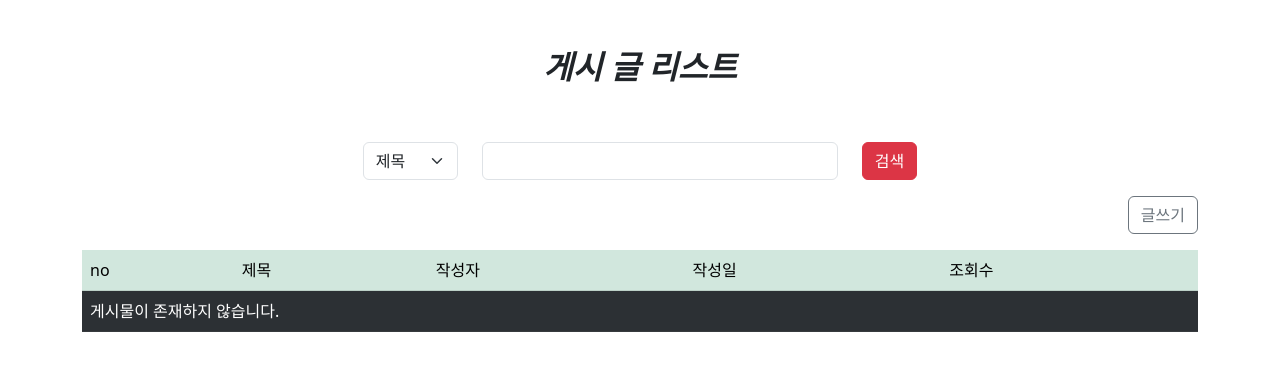
Repository: lopanghub/git_study
Page: http://localhost/JSPPracticech06/WEB-INF/board/boardList.jsp
An editor plug-in stored every save of this project. The page is shown before and after the next save, followed by the edit.
The browser window is 1280 px wide. The pictures show the whole page.
The page is served by Tomcat 9. Nobody is signed in. Other server files are loaded and not shown. The template is opened directly, without the code that normally fills it, so the values that code supplies are empty.

Above is the page before, as saved 2024-04-09 07:26:31.

### JSPStudy/JSPPracticech06/src/main/webapp/WEB-INF/board/boardList.jsp
<%@page import="java.util.ArrayList"%>
<%@page import="com.jsppractice.ch06.vo.Board"%>
<%@page import="java.util.List"%>
<%@page import="java.sql.ResultSet"%>
<%@page import="java.sql.PreparedStatement"%>
<%@page import="java.sql.DriverManager"%>
<%@page import="java.sql.Connection"%>
<%@ page language="java" contentType="text/html; charset=UTF-8"
	pageEncoding="UTF-8"%>
<%@taglib prefix="c" uri="http://java.sun.com/jsp/jstl/core"%>
<!DOCTYPE html>
<html>
<head>
<meta charset="UTF-8">
<meta name="viewport" content="width=device-width, intial-scale=1">
<title>JSP페이지에서 데이터베이스에 접속해 데이터 읽어오기</title>
<link href="bootstrap/bootstrap.min.css" rel="stylesheet">
</head>
<body>
	<div class="container">
		<!-- 타이틀 -->
		<div class="row my-5">
			<div class="col text-center">
				<h1 class="fw-bolder fst-italic fs-2">게시 글 리스트</h1>
			</div>
		</div>

		<!-- 검색폼  -->
		<form name="searchForm" id="searchForm" action="#"
			class="row justify-content-center my-3">
			<div class="col-auto">
				<select name="type" class="form-select">
					<option value="title">제목</option>
					<option value="writer">작성자</option>
					<option value="content">내용</option>
				</select>
			</div>
			<div class="col-4">
				<input type="text" name="keyword" id="keyword" class="form-control">
			</div>
			<div class="col-auto">
				<input type="submit" class="btn btn-danger" value="검색" />
			</div>
		</form>

		<!-- 글쓰기 버튼 -->
		<div class="row">
			<div class="col text-end">
				<a href="writeForm" class="btn btn-outline-secondary">글쓰기</a>
			</div>
		</div>

		<!-- 테이블 -->
		<div class="row my-3">
			<div class="col">
				<table class="table table-striped ">
					<thead>
						<tr class="table-success">
							<td>no</td>
							<td>제목</td>
							<td>작성자</td>
							<td>작성일</td>
							<td>조회수</td>
						</tr>
					</thead>

					<tbody class="table table-dark table-striped">
					<c:if test="${not empty bList }">
						<!-- items에 스크립틀릿에서 정의한 boardList를 표현식으로 지정할 수 있다. -->
						<c:forEach var="board" items="${bList }">
							<tr>
								<td>${ board.no }</td>
								<td>${ board.title }</td>
								<td>${ board.writer }</td>
								<td>${ board.regDate }</td>
								<td>${ board.readCount }</td>
							</tr>
						</c:forEach>
					</c:if>
					<c:if test="${empty bList }">
						<tr>
							<td colspan="5">게시물이 존재하지 않습니다.</td>
						</tr>
					</c:if>
					</tbody>
				</table>
			</div>
		</div>
	</div>
	<script src="bootstrap/bootstrap.bundle.min.js"></script>
</body>
</html>

Loaded but not shown: JSPStudy/JSPPracticech06/src/main/webapp/bootstrap/bootstrap.min.css (library); JSPStudy/JSPPracticech06/src/main/webapp/bootstrap/bootstrap.bundle.min.js (library)

After the next save:
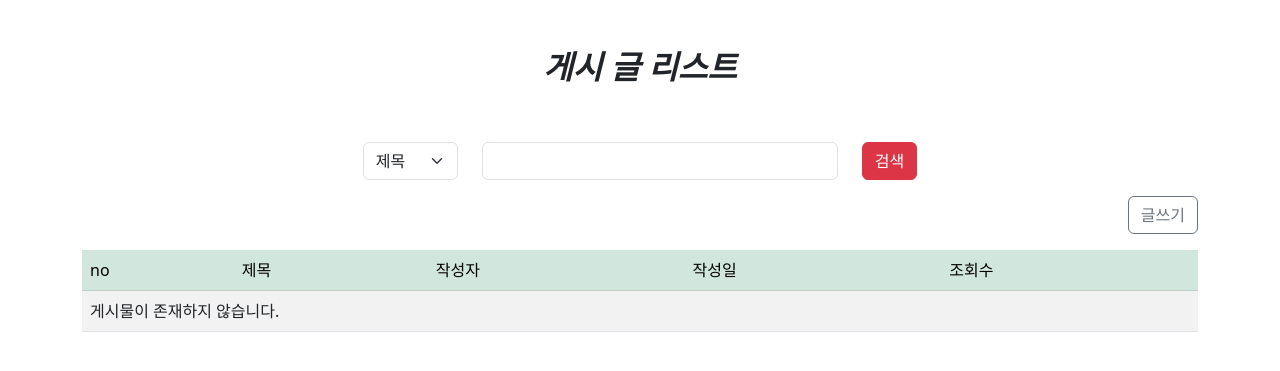
Saved 25 s later.
--- a/JSPStudy/JSPPracticech06/src/main/webapp/WEB-INF/board/boardList.jsp
+++ b/JSPStudy/JSPPracticech06/src/main/webapp/WEB-INF/board/boardList.jsp
@@ -64,7 +64,7 @@
 						</tr>
 					</thead>
 
-					<tbody class="table table-dark table-striped">
+					<tbody class="table table-waring">
 					<c:if test="${not empty bList }">
 						<!-- items에 스크립틀릿에서 정의한 boardList를 표현식으로 지정할 수 있다. -->
 						<c:forEach var="board" items="${bList }">
